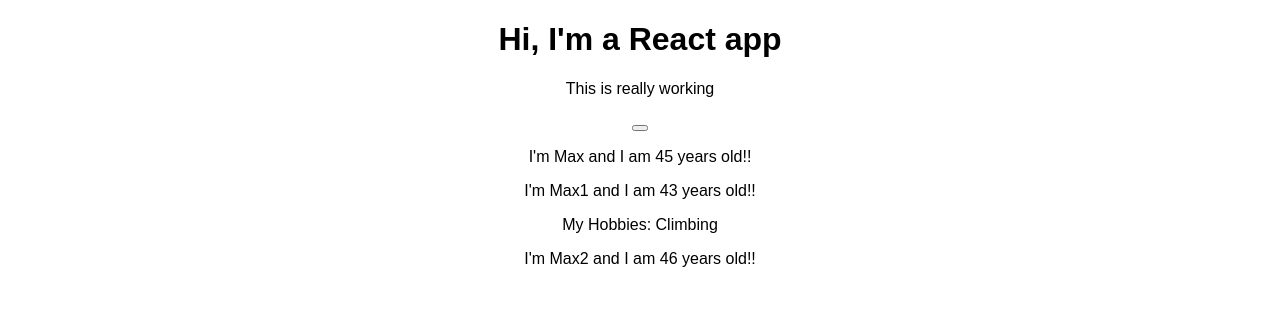
Repository: cristinadoroftei/FirstReactProject
Page: /
The author's editor kept a copy of each file at every save. The page is drawn from the files as they stood at one save, then again after the next save.
The browser window is 1280 px wide. The pictures show the whole page.
The project was rebuilt for these pictures with package versions that can differ from the ones it lists, and the page was loaded fresh each time.

Above is the page before, as saved 2020-07-08 09:50:46.

After the next save:
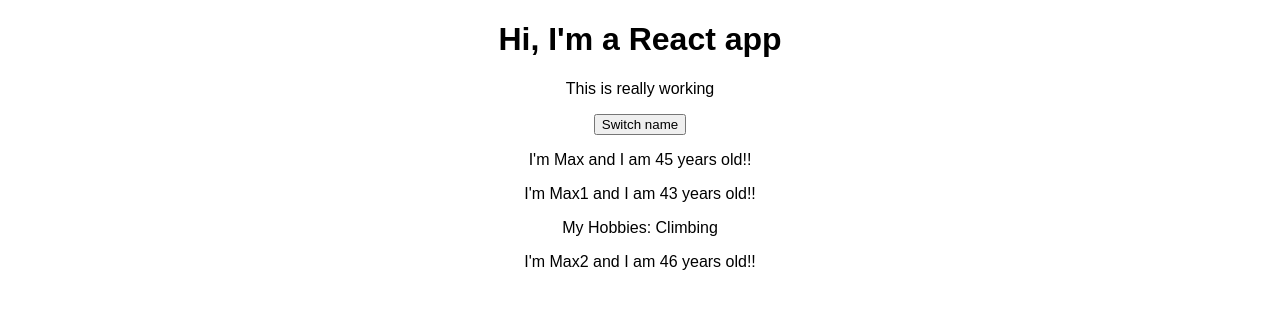
Saved 6 s later.
--- a/src/App.js
+++ b/src/App.js
@@ -10,7 +10,7 @@ class App extends Component {
       <div className="App">
         <h1>Hi, I'm a React app</h1>
         <p>This is really working</p>
-        <button></button>
+        <button>Switch name</button>
         <Person name= "Max" age="45"/>
         <Person name= "Max1" age="43">My Hobbies: Climbing</Person>
         <Person name= "Max2" age="46"/>
